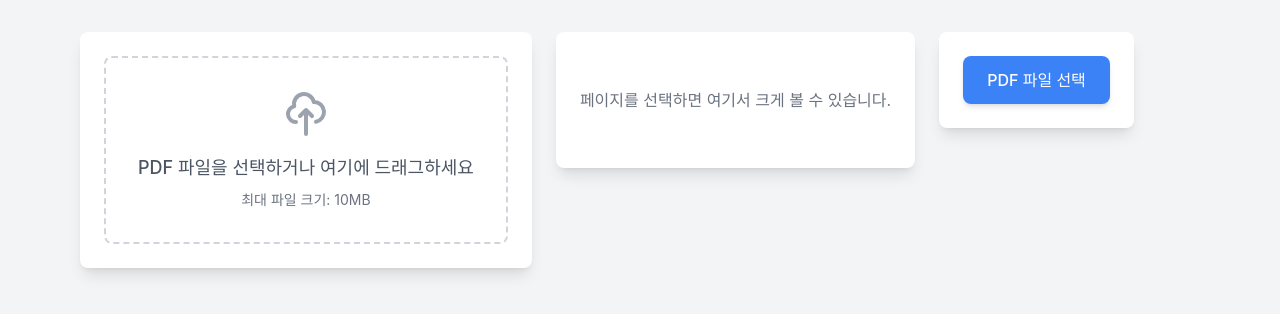
Repository: orcaCrew/PDF-Handler
Page: /
The author's editor kept a copy of each file at every save. The page is drawn from the files as they stood at one save, then again after the next save.
The browser window is 1280 px wide. The pictures show the whole page.
The project was rebuilt for these pictures with package versions that can differ from the ones it lists, and the page was loaded fresh each time.

Above is the page before, as saved 2025-07-18 16:25:13.

After the next save:
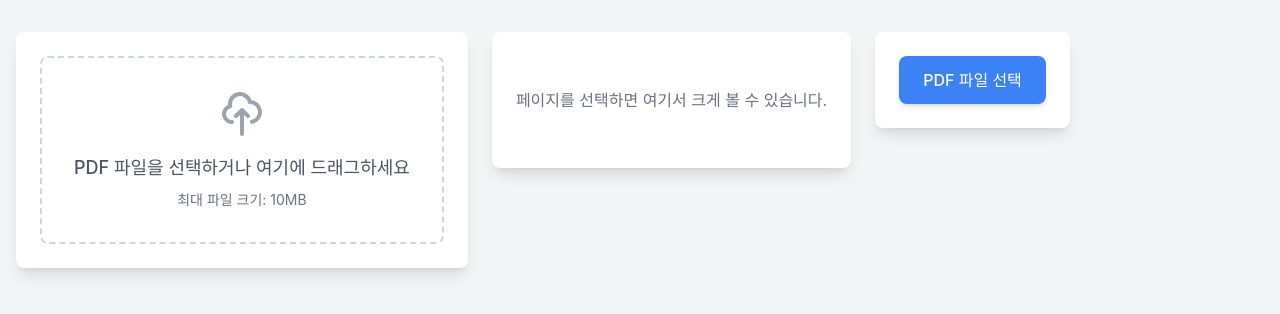
Saved 3 min 0 s later.
--- a/src/App.js
+++ b/src/App.js
@@ -88,7 +88,7 @@
 
   return (
     <div className="min-h-screen bg-gray-100 py-8">
-      <div className="max-w-6xl mx-auto px-4 space-y-6">
+      <div className="max-w-7xl mx-auto px-4 space-y-6">
         <div className="flex flex-col lg:flex-row gap-6">
           {/* 미리보기 영역 */}
           <div className="lg:w-4/10">

After the save that followed:
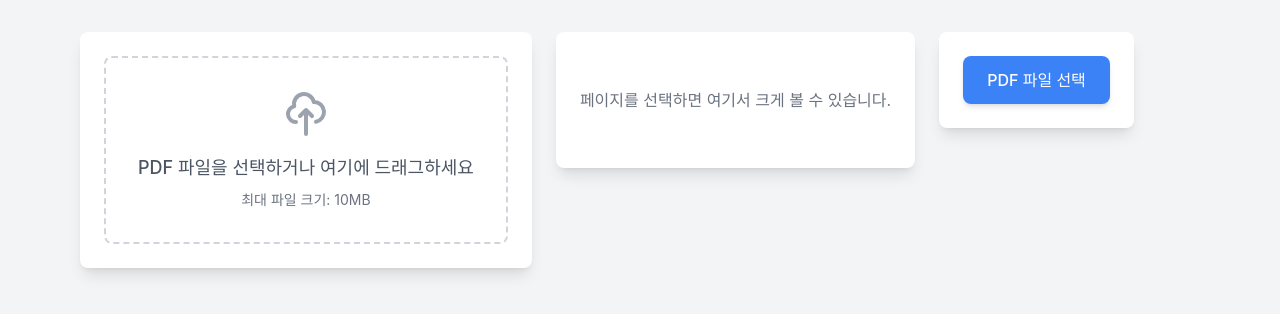
Saved 14 s later.
--- a/src/App.js
+++ b/src/App.js
@@ -88,7 +88,7 @@
 
   return (
     <div className="min-h-screen bg-gray-100 py-8">
-      <div className="max-w-7xl mx-auto px-4 space-y-6">
+      <div className="max-w-6xl mx-auto px-4 space-y-6">
         <div className="flex flex-col lg:flex-row gap-6">
           {/* 미리보기 영역 */}
           <div className="lg:w-4/10">
